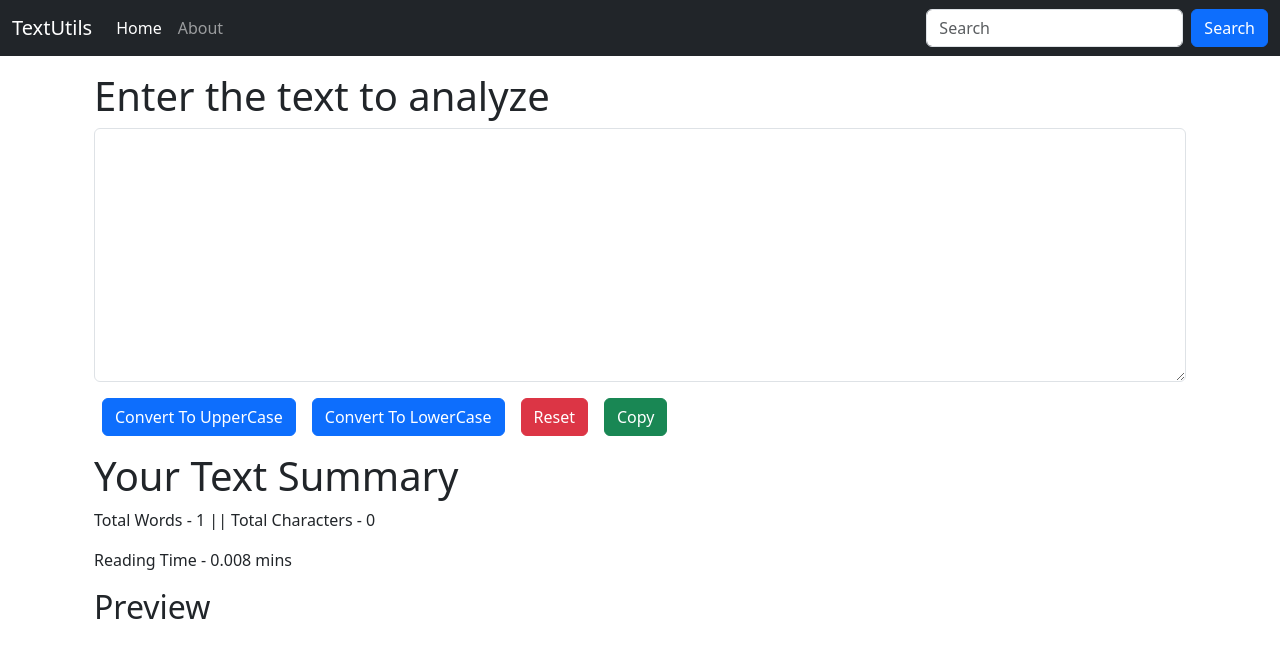
Repository: Rohit-foryou/Text-Utils
Page: /
An editor plug-in stored every save of this project. The page is shown before and after the next save, followed by the edit.
The browser window is 1280 px wide. The pictures show the whole page.
The project was rebuilt for these pictures with package versions that can differ from the ones it lists, and the page was loaded fresh each time. Also part of the build but not shown: src/index.css, src/App.css.

Above is the page before, as saved 2023-12-21 13:51:15.

After the next save:
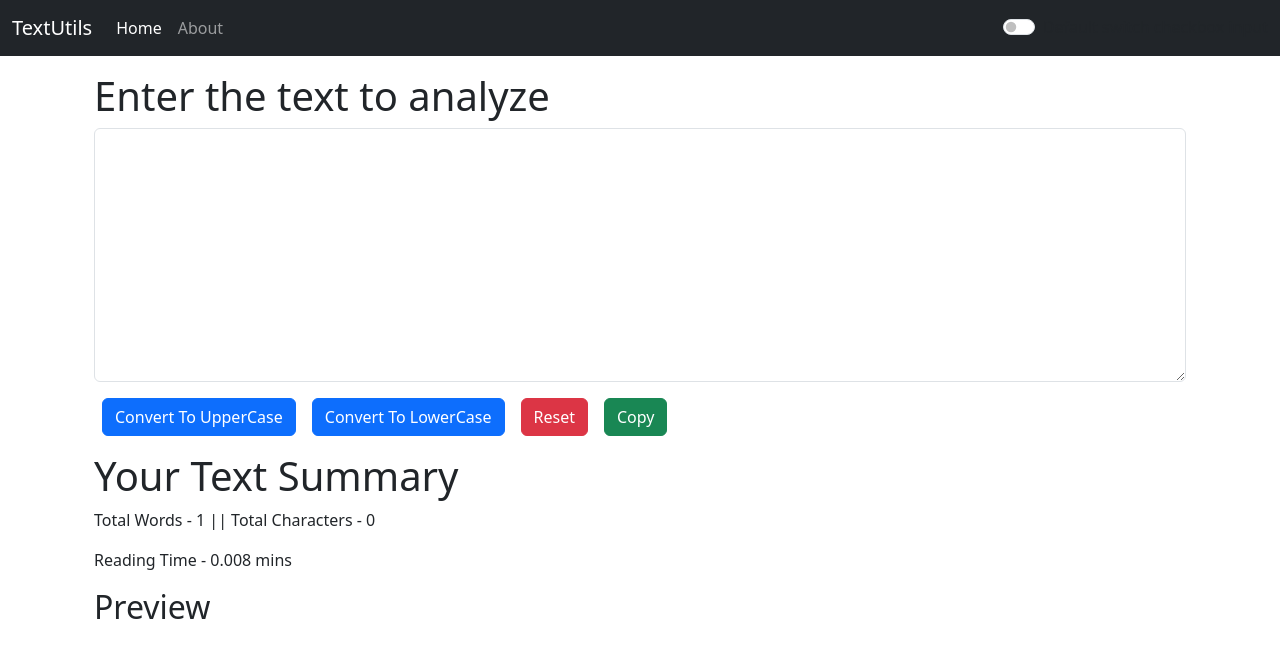
Saved 2 min 59 s later.
--- a/src/components/Navbar.js
+++ b/src/components/Navbar.js
@@ -19,10 +19,14 @@ export default function Navbar(props) {
                 <a className="nav-link" href="/">{props.aboutText}</a>
               </li>
             </ul>
-            <form className="d-flex" role="search">
+            {/* <form className="d-flex" role="search">
               <input className="form-control me-2" type="search" placeholder="Search" aria-label="Search"/>
               <button className="btn btn-primary" type="submit">Search</button>
-            </form>
+            </form> */}
+              <div class="form-check form-switch">
+              <input class="form-check-input" type="checkbox" role="switch" id="flexSwitchCheckDefault"/>
+              <label class="form-check-label" for="flexSwitchCheckDefault">Default switch checkbox input</label>
+            </div>
           </div>
         </div>
       </nav>
